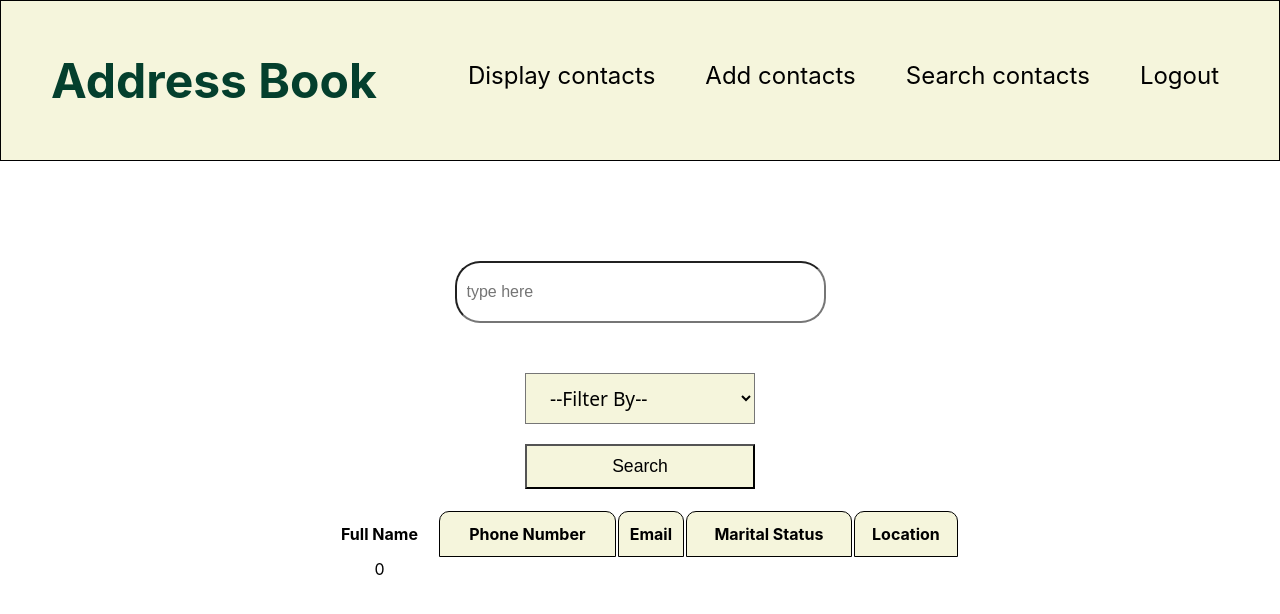
Repository: jatannoury/Address-Book
Page: /search_contact
These files come from the project's save history. The page is drawn as it stood at one moment and after the next save; the edit follows.
The browser window is 1280 px wide. The pictures show the whole page.
The project was rebuilt for these pictures with package versions that can differ from the ones it lists, and the page was loaded fresh each time. Also part of the build but not shown: src/components/Email.js, src/components/Password.js, src/components/Login.js, src/components/Username.js, src/components/SignUp.js, src/components/Table.js, src/components/Contacts.js, src/components/AddSection.js.

Above is the page before, as saved 2022-06-26 12:52:29.

After the next save:
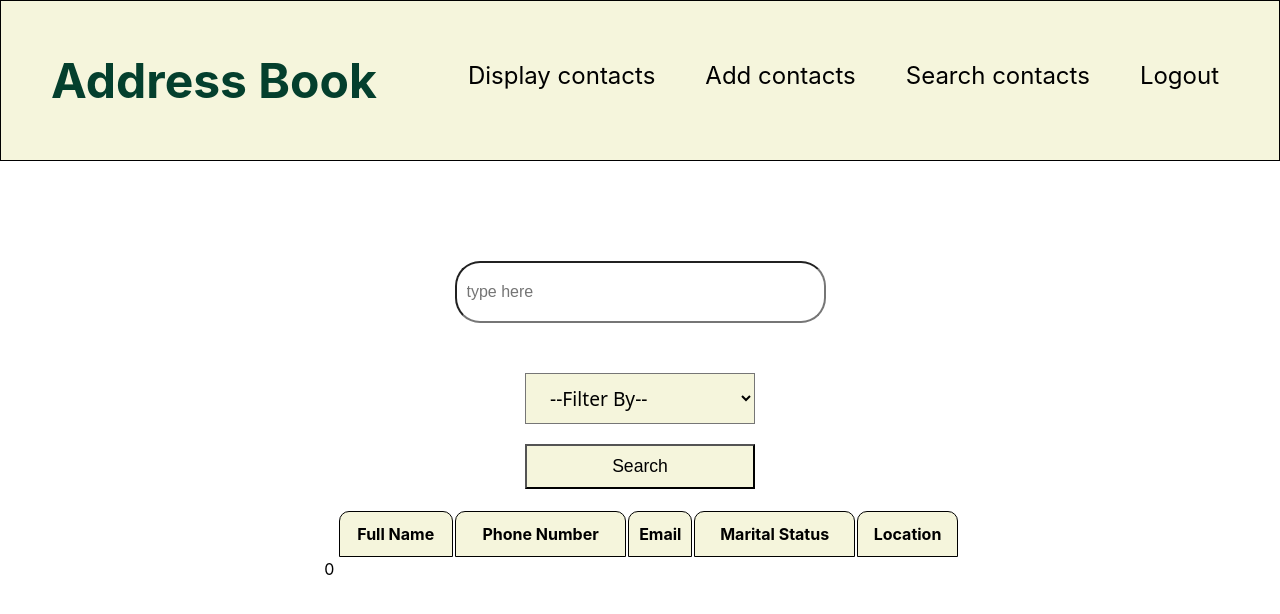
Saved 15 s later.
--- a/src/components/Search.js
+++ b/src/components/Search.js
@@ -72,6 +72,7 @@ const Search = () => {
       <table className="table">
         <thead>
           <tr>
+            <th></th>
             <th>Full Name</th>
             <th>Phone Number</th>
             <th>Email</th>
